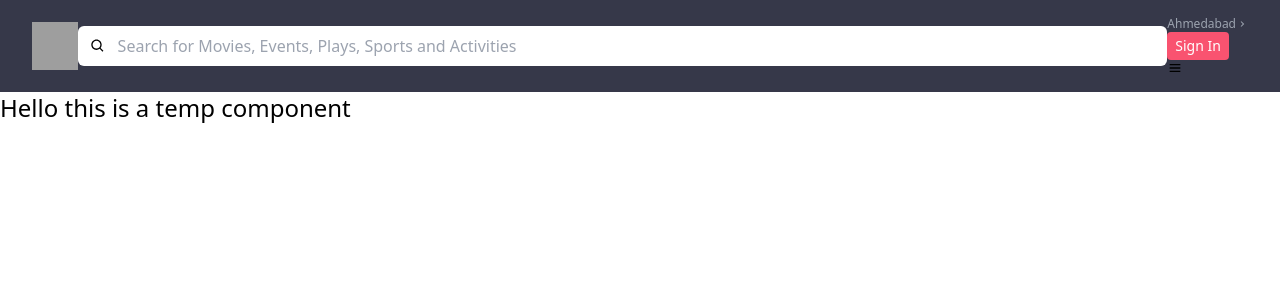
Repository: srush-shah/book-my-show-clone
Page: /
These files come from the project's save history. The page is drawn as it stood at one moment and after a run of saves; the edit follows.
The browser window is 1280 px wide. The pictures show the whole page.
Pictures or frames that could not be fetched are drawn as grey boxes. The project was rebuilt for these pictures with package versions that can differ from the ones it lists, and the page was loaded fresh each time.

Above is the page before, as saved 2022-11-23 02:32:07.

After the next 3 saves:
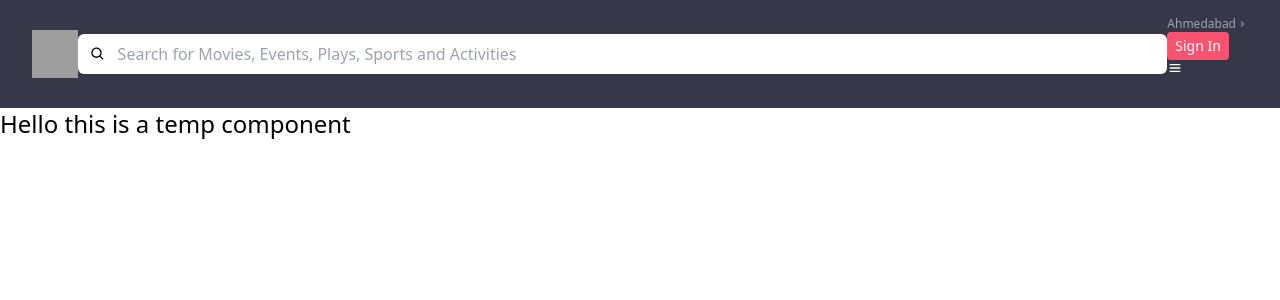
The 3 saves are shown as one change because they came seconds apart.
The last was saved 12 s later.
--- a/src/components/Navbar/navbar.component.jsx
+++ b/src/components/Navbar/navbar.component.jsx
@@ -58,7 +58,7 @@ const NavLg = () => {
           <button className="bg-bmsRed-300 text-white px-2 py-1 text-sm rounded">
             Sign In
           </button>
-          <div className="">
+          <div className="w-8 h-8 text-white">
             <BiMenu />
           </div>
         </div>
